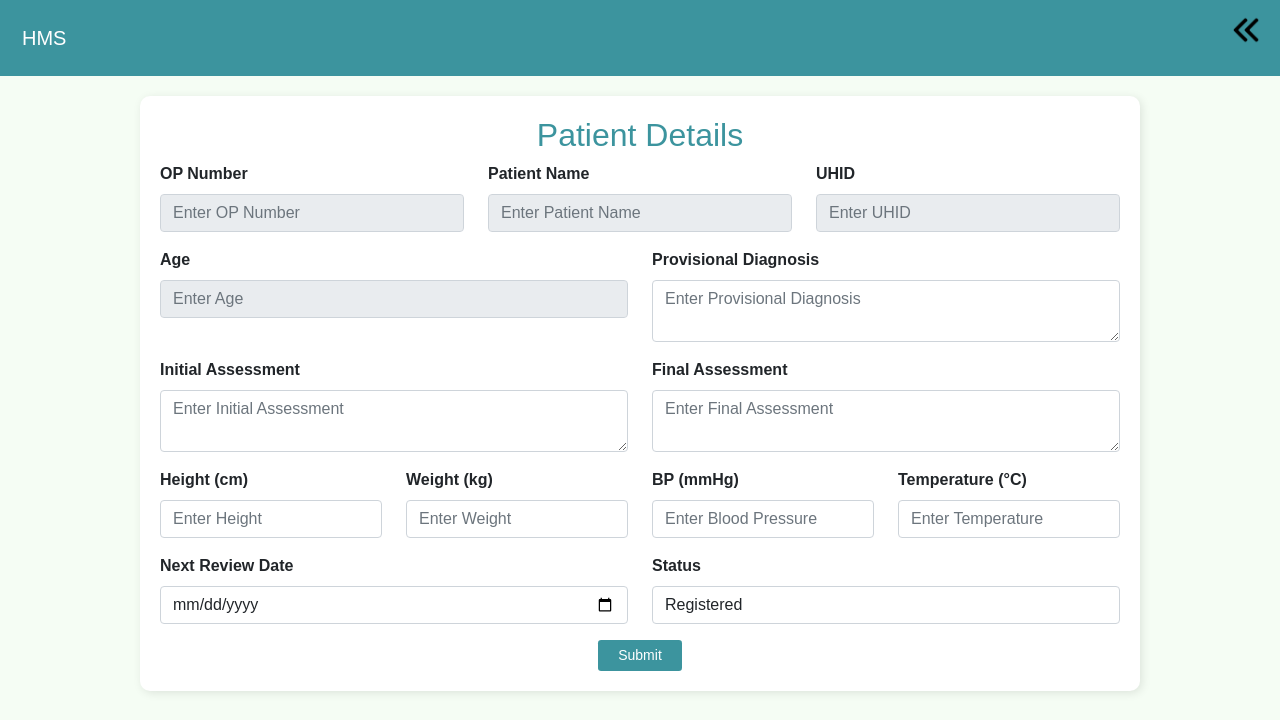
Repository: NAGENDRAN0/New
Page: http://localhost/prescriptiondetail
An editor plug-in stored every save of this project. The page is shown before and after the next save, followed by the edit.
The browser window is 1280 px wide. The pictures show the whole page.
The page is this project's Thymeleaf template; nobody is signed in. The template is opened directly, without the code that normally fills it, so the values that code supplies are empty.

Above is the page before, as saved 2025-05-15 10:59:19.

### Documents/workspace-spring-tool-suite-4-4.25.0.RELEASE/HMS/src/main/resources/templates/prescriptiondetail.html
<!DOCTYPE html>
<html lang="en">

<head>
    <meta charset="UTF-8">
    <meta name="viewport" content="width=device-width, initial-scale=1.0">
    <title>Patient Details</title>
    <!-- Bootstrap CSS -->
    <link href="https://cdn.jsdelivr.net/npm/bootstrap@5.0.2/dist/css/bootstrap.min.css" rel="stylesheet">

    <style>
        body {
            background-color: #f5fdf4;
            font-family: Arial, sans-serif;
        }

        .container {
            max-width: 1000px;
            background-color: white;
            padding: 20px;
            border-radius: 10px;
            box-shadow: 2px 2px 10px rgba(0, 0, 0, 0.1);
            margin-top: 20px;
        }

        .form-label {
            font-weight: bold;
        }

        .navbar {
            background-color: #3C949E;
            padding: 10px;
        }

        .navbar-brand,
        .nav-link {
            color: white !important;
        }

        @media (max-width: 768px) {
            .container {
                max-width: 95%;
            }
        }
    </style>
</head>

<body>
    <nav class="navbar navbar-expand-lg">
        <div class="container-fluid">
            <a class="navbar-brand" href="/">HMS</a>
        </div>
		<!-- Back Button -->
		<div class="d-flex justify-content-end mb-3">
			  <a href="/" class="btn btn-sm btn-custom"> <img src="/image/back.png" height="30" width="30"/> </a>
			</div>

    </nav>

    <div class="container">
        <h2 class="text-center" style="color: #3C949E;">Patient Details</h2>
		<!-- Success Message Alert -->
		<div th:if="${successMessage}" class="alert alert-success text-center">
		    <span th:text="${successMessage}"></span>
		</div>

        <form th:action="@{/prescriptionSave}" method="post">
			<input type="hidden" name="UHId" th:value="${patients.UHId}">
            <div class="row">
                <div class="col-md-4 mb-3">
                    <label class="form-label">OP Number</label>
                    <input type="text" class="form-control" placeholder="Enter OP Number" th:value="${patients.patientEntryNumber}" readonly>
                </div>

                <div class="col-md-4 mb-3">
                    <label class="form-label">Patient Name</label>
                    <input type="text" class="form-control" placeholder="Enter Patient Name" th:value="${patients.patientName}" readonly>
                </div>

                <div class="col-md-4 mb-3">
                    <label class="form-label">UHID</label>
                    <input type="text" class="form-control" placeholder="Enter UHID" th:value="${patients.UHId}" readonly>
                </div>
            </div>

            <div class="row">
                <div class="col-md-6 mb-3">
                    <label class="form-label">Age</label>
                    <input type="number" class="form-control" placeholder="Enter Age" th:value="${patients.patientAge}" readonly>
                </div>

                <div class="col-md-6 mb-3">
                    <label class="form-label">Provisional Diagnosis</label>
                    <textarea class="form-control" rows="2" name="provisionaldiagnosis" placeholder="Enter Provisional Diagnosis" th:text="${prescription.provisionaldiagnosis}"></textarea>
                </div>
            </div>

            <div class="row">
                <div class="col-md-6 mb-3">
                    <label class="form-label">Initial Assessment</label>
                    <textarea class="form-control" rows="2" name="initialassesment" th:text="${prescription.initialassesment}" placeholder="Enter Initial Assessment"></textarea>
                </div>

                <div class="col-md-6 mb-3">
                    <label class="form-label">Final Assessment</label>
                    <textarea class="form-control" rows="2" name="finalassesment" th:text="${prescription.finalassesment}" placeholder="Enter Final Assessment"></textarea>
                </div>
            </div>

            <div class="row">
                <div class="col-md-3 mb-3">
                    <label class="form-label">Height (cm)</label>
                    <input type="number" class="form-control" name="height" th:value="${prescription.height}" placeholder="Enter Height">
                </div>

                <div class="col-md-3 mb-3">
                    <label class="form-label">Weight (kg)</label>
                    <input type="number" class="form-control" name="weight" th:value="${prescription.weight}" placeholder="Enter Weight">
                </div>

                <div class="col-md-3 mb-3">
                    <label class="form-label">BP (mmHg)</label>
                    <input type="text" class="form-control" name="bp" th:value="${prescription.bp}" placeholder="Enter Blood Pressure">
                </div>

                <div class="col-md-3 mb-3">
                    <label class="form-label">Temperature (°C)</label>
                    <input type="number" step="0.1" class="form-control" name="temperature" th:value="${prescription.temperature}" placeholder="Enter Temperature">
                </div>
            </div>

            <!-- Next Review Date & Status Moved to Bottom -->
            <div class="row">
                <div class="col-md-6 mb-3">
                    <label class="form-label">Next Review Date</label>
                    <input type="date" class="form-control" name="nextvisit" th:value="${prescription.nextvisit}" >
                </div>

                <div class="col-md-6 mb-3">
                    <label class="form-label">Status</label>
                    <select class="form-control" name="status" th:value="${prescription.status}">
                        <option value="Registered">Registered</option>
                        <option value="Completed">Completed</option>
                    </select>
                </div>
            </div>

            <!-- Small Submit Button -->
            <button type="submit" class="btn btn-primary btn-sm d-block mx-auto"
                    style="background-color: #3C949E; border: none; padding: 5px 20px;">
                Submit
            </button>
        </form>
    </div>

    <!-- Bootstrap JavaScript -->
    <script src="https://cdn.jsdelivr.net/npm/bootstrap@5.0.2/dist/js/bootstrap.bundle.min.js"></script>

</body>

</html>

After the next save:
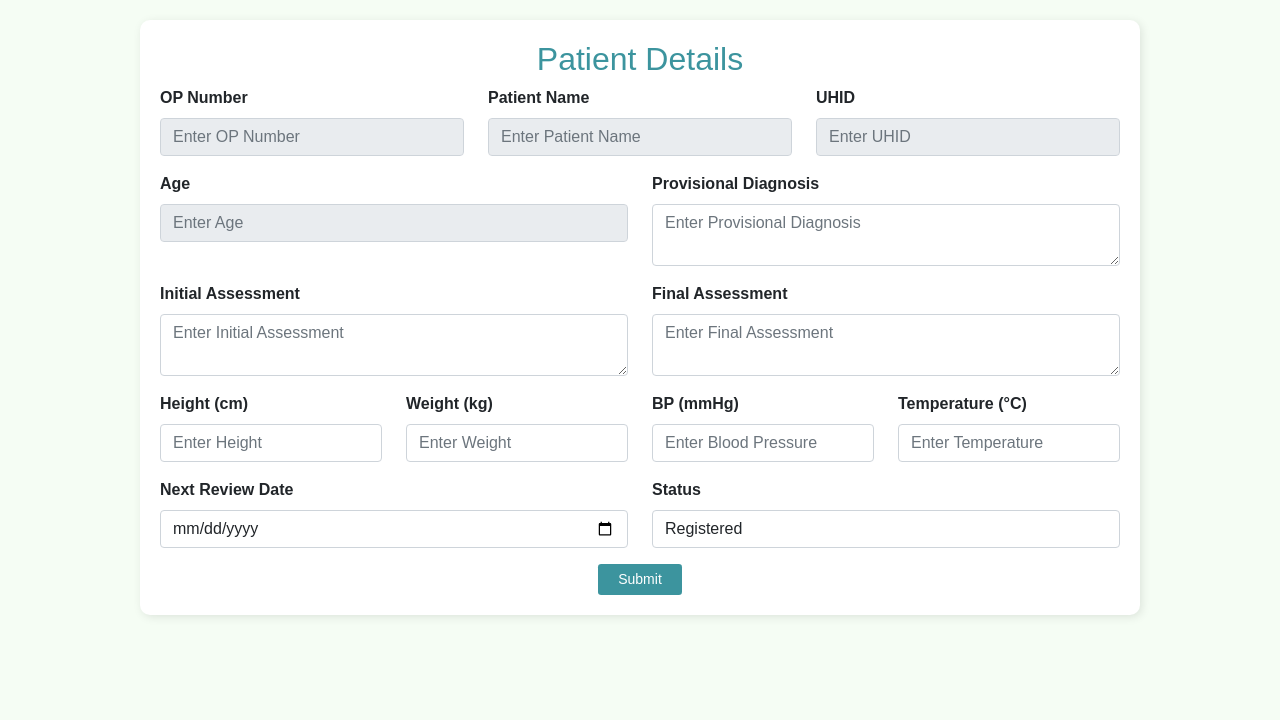
Saved 11 s later.
--- a/Documents/workspace-spring-tool-suite-4-4.25.0.RELEASE/HMS/src/main/resources/templates/prescriptiondetail.html
+++ b/Documents/workspace-spring-tool-suite-4-4.25.0.RELEASE/HMS/src/main/resources/templates/prescriptiondetail.html
@@ -46,16 +46,7 @@
 </head>
 
 <body>
-    <nav class="navbar navbar-expand-lg">
-        <div class="container-fluid">
-            <a class="navbar-brand" href="/">HMS</a>
-        </div>
-		<!-- Back Button -->
-		<div class="d-flex justify-content-end mb-3">
-			  <a href="/" class="btn btn-sm btn-custom"> <img src="/image/back.png" height="30" width="30"/> </a>
-			</div>
 
-    </nav>
 
     <div class="container">
         <h2 class="text-center" style="color: #3C949E;">Patient Details</h2>
